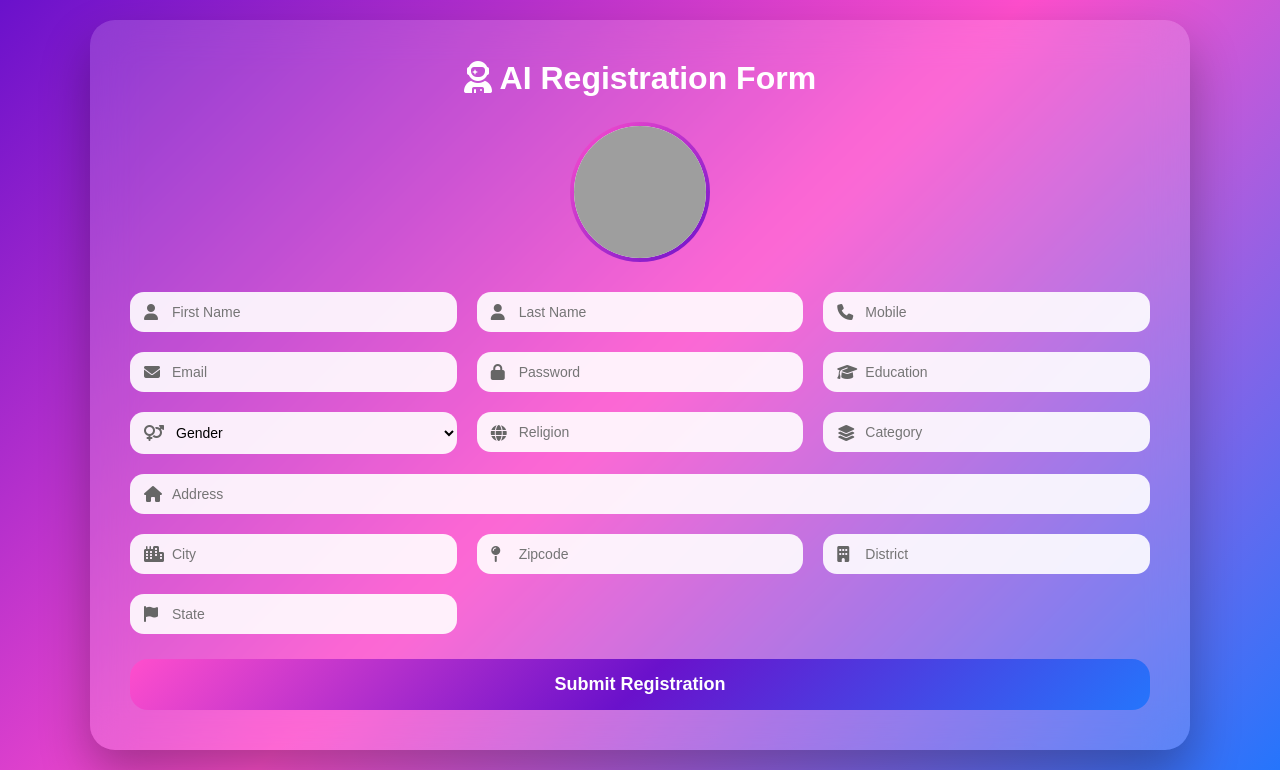
Repository: Pintu-6545/Java_Programming
Page: http://localhost/Students/
The author's editor kept a copy of each file at every save. The page is drawn from the files as they stood at one save, then again after the next save.
The browser window is 1280 px wide. The pictures show the whole page.
Pictures or frames that could not be fetched are drawn as grey boxes. The page is served by Tomcat 10. Other server files are loaded and not shown.

Above is the page before, as saved 2026-02-06 18:21:49.

### Assessement/Student Management/Students/src/main/webapp/index.jsp
<%@ page language="java" contentType="text/html; charset=UTF-8"
    pageEncoding="UTF-8"%>
<!DOCTYPE html>
<html lang="en">
<head>
  <meta charset="UTF-8" />
  <title>Student Registration Form</title>

  <!-- Icons -->
  <link
    rel="stylesheet"
    href="https://cdnjs.cloudflare.com/ajax/libs/font-awesome/6.5.0/css/all.min.css"
  />

  <style>
    * {
      margin: 0;
      padding: 0;
      box-sizing: border-box;
      font-family: "Poppins", sans-serif;
    }

    body {
      min-height: 100vh;
      display: flex;
      align-items: center;
      justify-content: center;
      background: linear-gradient(135deg, #6a11cb, #ff4ecd, #2575fc);
      padding: 20px;
    }

    .form-container {
      width: 100%;
      max-width: 1100px;
      background: rgba(255, 255, 255, 0.15);
      backdrop-filter: blur(20px);
      border-radius: 25px;
      padding: 40px;
      box-shadow: 0 25px 50px rgba(0,0,0,0.3);
      animation: fadeIn 0.8s ease;
    }

    @keyframes fadeIn {
      from { opacity: 0; transform: translateY(40px);}
      to { opacity: 1; transform: translateY(0);}
    }

    .title {
      text-align: center;
      color: #fff;
      font-size: 32px;
      font-weight: 700;
      margin-bottom: 25px;
    }

    /* Profile Upload */
    .profile-upload {
      display: flex;
      flex-direction: column;
      align-items: center;
      margin-bottom: 30px;
    }

    .profile-box {
      position: relative;
      width: 140px;
      height: 140px;
      border-radius: 50%;
      background: linear-gradient(135deg,#ff4ecd,#6a11cb);
      padding: 4px;
      cursor: pointer;
      transition: 0.4s;
    }

    .profile-box:hover {
      transform: scale(1.05);
      box-shadow: 0 10px 25px rgba(0,0,0,0.4);
    }

    .profile-box img {
      width: 100%;
      height: 100%;
      border-radius: 50%;
      object-fit: cover;
      background: #fff;
    }

    .upload-text {
      position: absolute;
      inset: 0;
      display: flex;
      align-items: center;
      justify-content: center;
      background: rgba(0,0,0,0.55);
      color: #fff;
      font-size: 14px;
      border-radius: 50%;
      opacity: 0;
      transition: 0.3s;
    }

    .profile-box:hover .upload-text {
      opacity: 1;
    }

    .form-grid {
      display: grid;
      grid-template-columns: repeat(auto-fit,minmax(250px,1fr));
      gap: 20px;
    }

    .input-group {
      position: relative;
    }

    .input-group i {
      position: absolute;
      left: 14px;
      top: 50%;
      transform: translateY(-50%);
      color: #666;
    }

    .input-group input,
    .input-group select {
      width: 100%;
      padding: 12px 12px 12px 42px;
      border-radius: 14px;
      border: none;
      outline: none;
      background: rgba(255,255,255,0.9);
      transition: 0.3s;
      font-size: 14px;
    }

    .input-group input:hover,
    .input-group select:hover {
      box-shadow: 0 5px 15px rgba(0,0,0,0.2);
      transform: translateY(-2px);
    }

    .input-group input:focus,
    .input-group select:focus {
      box-shadow: 0 0 0 2px #6a11cb;
    }

    .full {
      grid-column: 1 / -1;
    }

    /* Button */
    .btn {
      margin-top: 25px;
      width: 100%;
      padding: 15px;
      border: none;
      border-radius: 18px;
      font-size: 18px;
      font-weight: 600;
      color: #fff;
      cursor: pointer;
      background: linear-gradient(135deg,#ff4ecd,#6a11cb,#2575fc);
      transition: 0.4s;
      position: relative;
      overflow: hidden;
    }

    .btn:hover {
      transform: scale(1.05);
      box-shadow: 0 10px 30px rgba(0,0,0,0.4);
    }

    .btn::after {
      content: "";
      position: absolute;
      inset: 0;
      background: rgba(255,255,255,0.25);
      opacity: 0;
      transition: 0.4s;
    }

    .btn:hover::after {
      opacity: 1;
    }
  </style>
</head>
<body>

  <div class="form-container">

    <div class="title">
      <i class="fa-solid fa-user-astronaut"></i>
      AI Registration Form
    </div>

    <!-- Profile Upload -->
    <div class="profile-upload">
      <label class="profile-box">
        <img id="preview" src="https://cdn-icons-png.flaticon.com/512/149/149071.png" />
        <div class="upload-text">Select Photo</div>
        <input type="file" accept="image/*" hidden onchange="loadImage(event)">
      </label>
    </div>

    <form>
      <div class="form-grid">

        <div class="input-group">
          <i class="fa fa-user"></i>
          <input type="text" placeholder="First Name">
        </div>

        <div class="input-group">
          <i class="fa fa-user"></i>
          <input type="text" placeholder="Last Name">
        </div>

        <div class="input-group">
          <i class="fa fa-phone"></i>
          <input type="text" placeholder="Mobile">
        </div>

        <div class="input-group">
          <i class="fa fa-envelope"></i>
          <input type="email" placeholder="Email">
        </div>

        <div class="input-group">
          <i class="fa fa-lock"></i>
          <input type="password" placeholder="Password">
        </div>

        <div class="input-group">
          <i class="fa fa-graduation-cap"></i>
          <input type="text" placeholder="Education">
        </div>

        <div class="input-group">
          <i class="fa fa-venus-mars"></i>
          <select>
            <option>Gender</option>
            <option>Male</option>
            <option>Female</option>
            <option>Other</option>
          </select>
        </div>

        <div class="input-group">
          <i class="fa fa-globe"></i>
          <input type="text" placeholder="Religion">
        </div>

        <div class="input-group">
          <i class="fa fa-layer-group"></i>
          <input type="text" placeholder="Category">
        </div>

        <div class="input-group full">
          <i class="fa fa-home"></i>
          <input type="text" placeholder="Address">
        </div>

        <div class="input-group">
          <i class="fa fa-city"></i>
          <input type="text" placeholder="City">
        </div>

        <div class="input-group">
          <i class="fa fa-map-pin"></i>
          <input type="text" placeholder="Zipcode">
        </div>

        <div class="input-group">
          <i class="fa fa-building"></i>
          <input type="text" placeholder="District">
        </div>

        <div class="input-group">
          <i class="fa fa-flag"></i>
          <input type="text" placeholder="State">
        </div>

      </div>

      <button class="btn">Submit Registration</button>
    </form>

  </div>

  <script>
    function loadImage(event) {
      const preview = document.getElementById('preview');
      preview.src = URL.createObjectURL(event.target.files[0]);
    }
  </script>

</body>
</html>

After the next save:
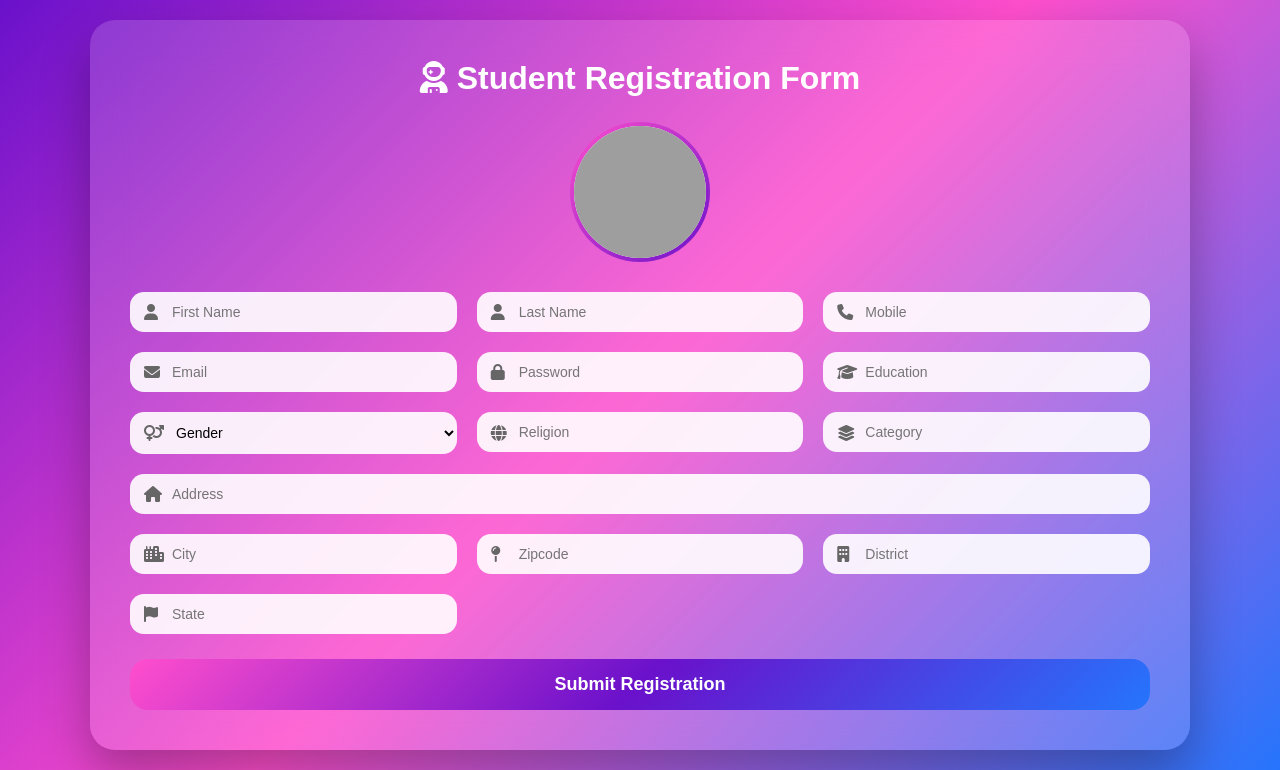
Saved 24 s later.
--- a/Assessement/Student Management/Students/src/main/webapp/index.jsp
+++ b/Assessement/Student Management/Students/src/main/webapp/index.jsp
@@ -190,7 +190,7 @@
 
     <div class="title">
       <i class="fa-solid fa-user-astronaut"></i>
-      AI Registration Form
+      Student Registration Form
     </div>
 
     <!-- Profile Upload -->
